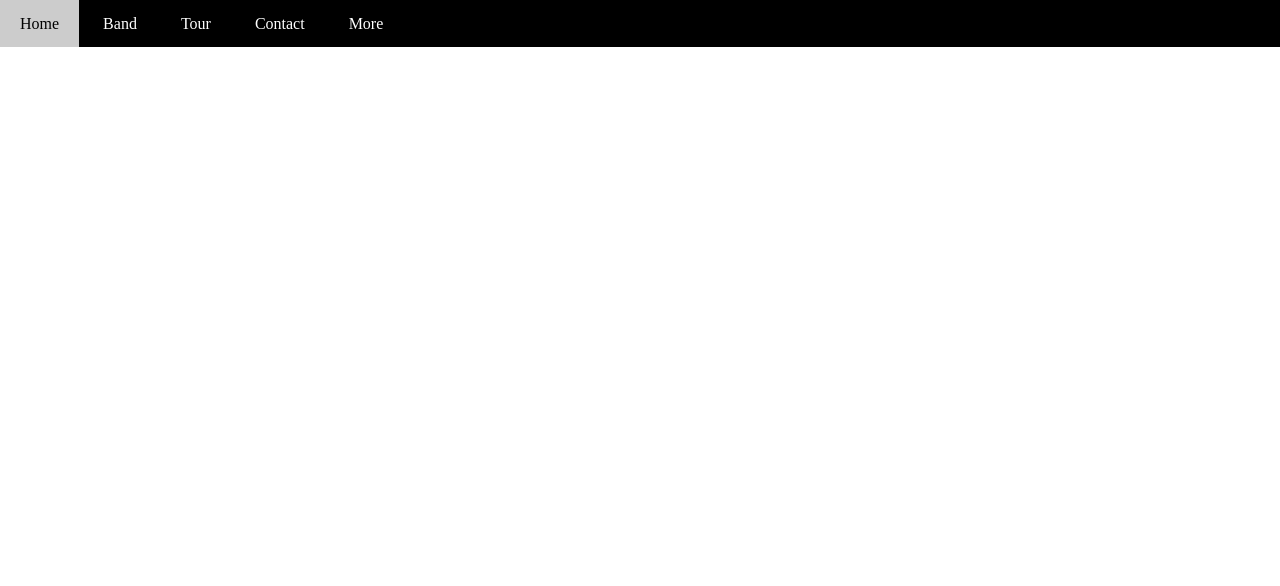
Repository: Dino0411/Dino0411.github.io
Page: index.html
An editor plug-in stored every save of this project. The page is shown before and after the next save, followed by the edit.
The browser window is 1280 px wide. The pictures show the whole page.

Above is the page before, as saved 2021-10-03 21:50:24.

### index.html
<!DOCTYPE html>
<html lang="en">
<head>
    <meta charset="UTF-8">
    <meta http-equiv="X-UA-Compatible" content="IE=edge">
    <meta name="viewport" content="width=device-width, initial-scale=1.0">
    <link rel="stylesheet" href="./assets/css/style.css">
    <title>Document</title>
</head>
<body>
    <div id="main">
        <!-- TODO:header -->
        <div id="header">
            <ul id="nav">
                <li><a href="">Home</a></li>
                <li><a href="">Band</a></li>
                <li><a href="">Tour</a></li>
                <li><a href="">Contact</a></li>
                <li>
                    <a href="">More</a>
                    <ul class="subnav">
                        <li><a href="">Merchandise</a></li>
                        <li><a href="">Extras</a></li>
                        <li><a href="">Media</a></li>
                    </ul>
                </li>
            </ul>
        </div>
        <!-- TODO:slider -->
        <div id="slider">

        </div>
        <!-- TODO:content -->
        <div id="content">

        </div>
        <!-- TODO:footer -->
        <div id="footer">

        </div>
    </div>
</body>
</html>

### assets/css/style.css
/* ! reser css
    ! Emmet(p0;m0)
*/
* {
  margin: 0;
  padding: 0;
  box-sizing: border-box;
}

html {
  font-family: cursive;
}
/* TODO:start
TODO: từ ngoài vào trong
TODO: từ trên xuống dưới
TODO:tổng quan đến chi tiết
*/

/*
? vị trí
? kích thước(width,height)
? màu sắc
? kiểu dáng(kiểu chữ,...)
*/
#main {
}
#header {
  height: 47px;
  background-color: #000;
}
#nav {
}
#nav li {
  display: inline-block;
}
#nav li a {
  text-decoration: none;
  padding: 0px 20px;
  line-height: 47px;
  color: #fff;
}
#nav li:hover a {
  color: #000;
  background-color: #ccc;
  display: block;
}
#nav .subnav {
  display: none;
}
#slider {
}
#content {
}
#footer {
}

After the next save:
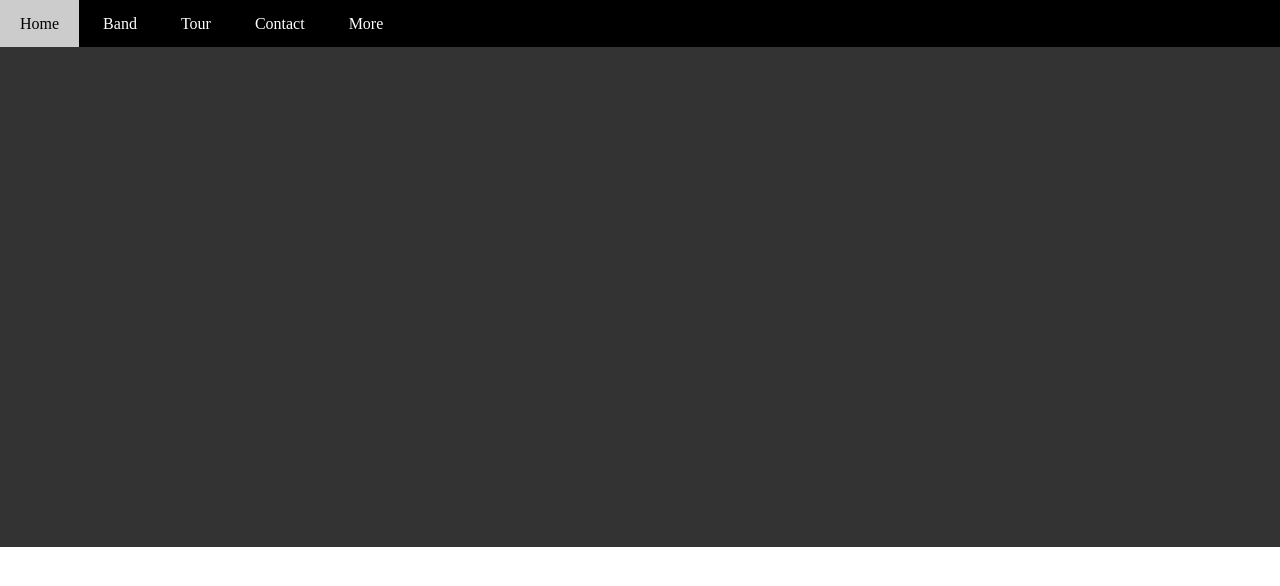
Saved 4 min 13 s later.
--- a/assets/css/style.css
+++ b/assets/css/style.css
@@ -48,6 +48,8 @@ TODO:tổng quan đến chi tiết
   display: none;
 }
 #slider {
+  min-height: 500px;
+  background-color: #333;
 }
 #content {
 }
